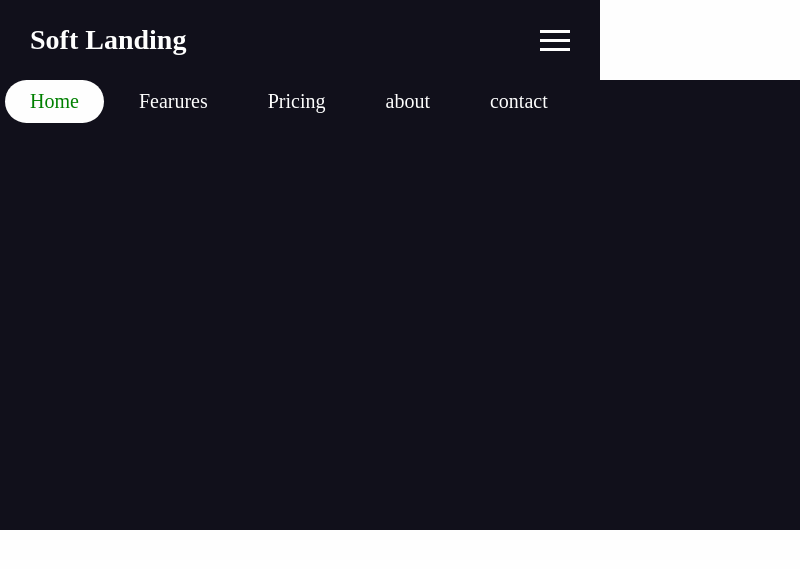
Repository: AMIT1439027/Gobbart-task
Page: index.html
An editor plug-in stored every save of this project. The page is shown before and after a run of saves, followed by the edit.
The browser window is 600 px wide. The page is 800 px wide, so the pictures cover 800 px, including what lies to the right of the window. The pictures show the whole page.

Above is the page before, as saved 2024-04-20 14:31:37.

After the next 4 saves:
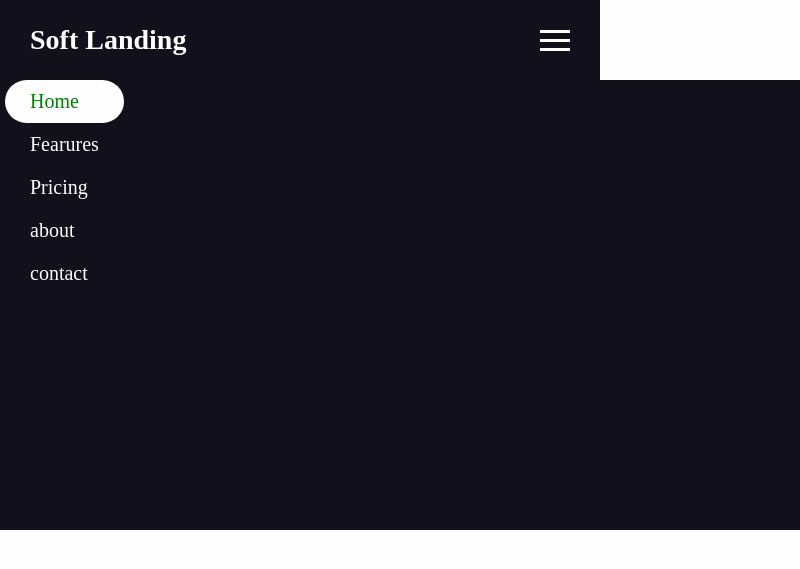
The 4 saves are shown as one change because they came seconds apart.
The last was saved 16 s later.
--- a/style.css
+++ b/style.css
@@ -96,6 +96,7 @@
 
    }
    .nav-bar ul{
-
+    display: block;
+    width: fit-content;
    }
 }
